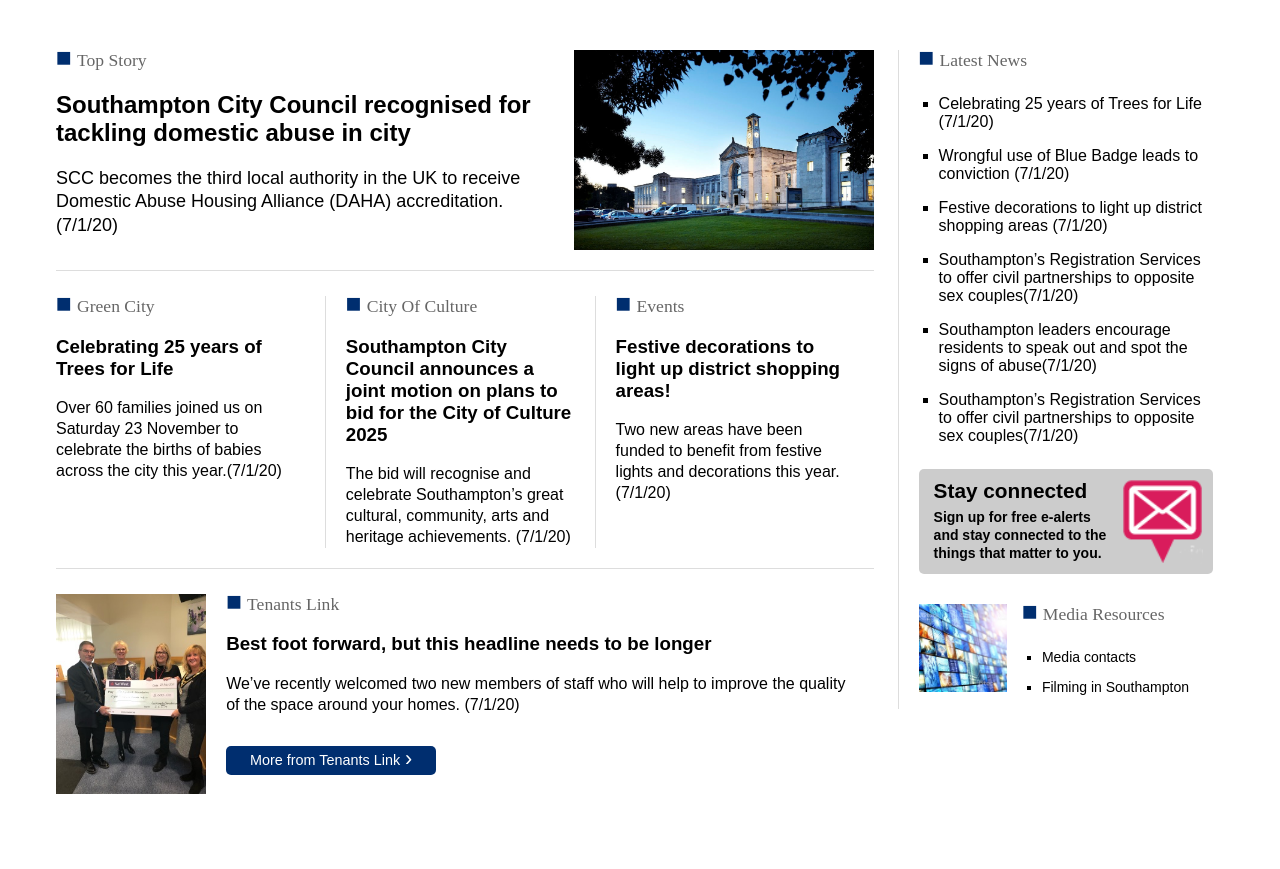
Repository: Domehead123/newspage
Page: index4.html
The author's editor kept a record of every edit. The page is drawn from the files as they stood at one moment, then again after the next edit.
The browser window is 1280 px wide. The pictures show the whole page.
Some web libraries are served in a nearby version.

Above is the page before.

After the next edit:
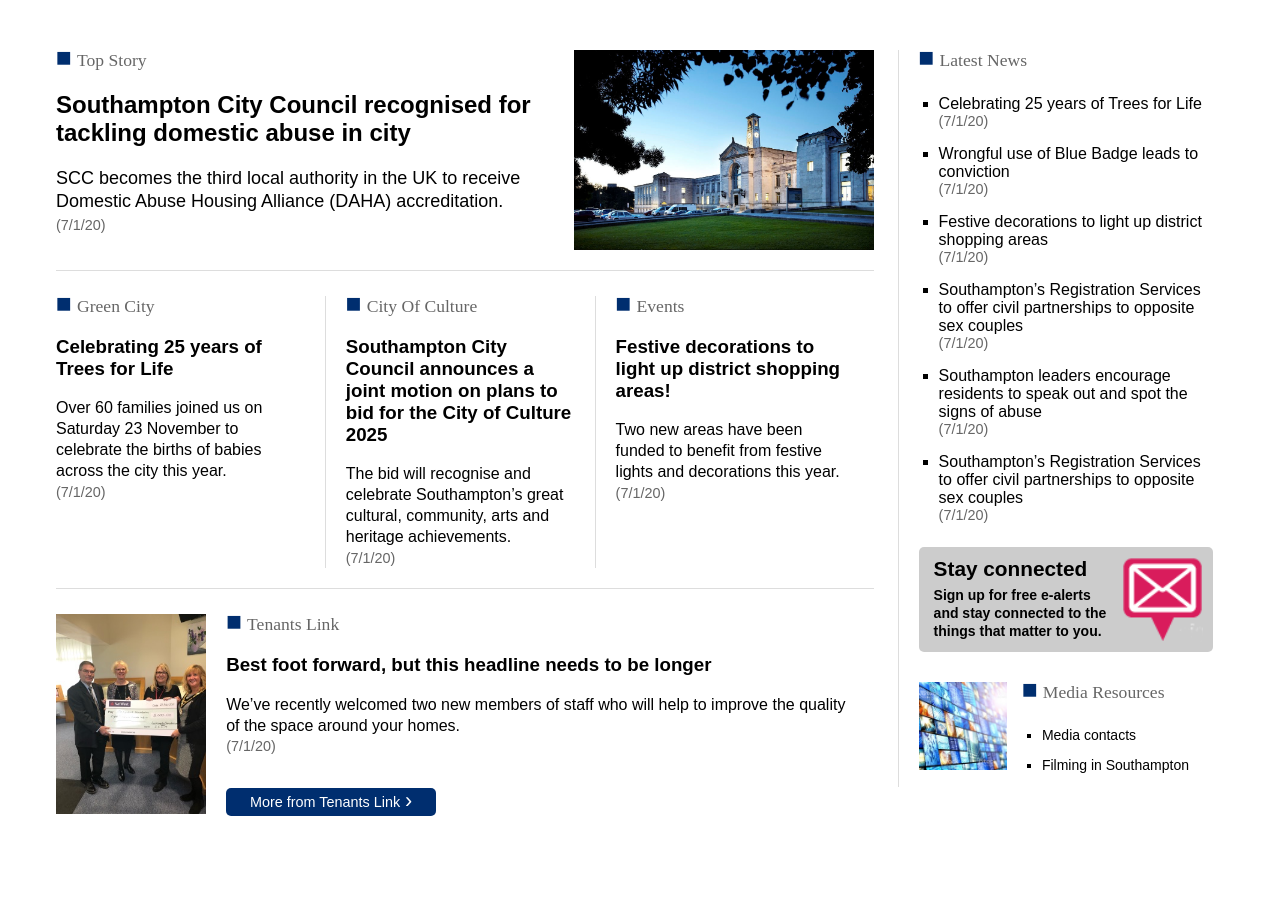
The edit:
--- a/news2.css
+++ b/news2.css
@@ -68,6 +68,12 @@
     margin-right: 5px;
 }
 
+.date {
+    color: #666;
+    font-size: 14.4px;
+    display: block;
+}
+
 /* MAIN CONTENT */
 
 .split-page {
